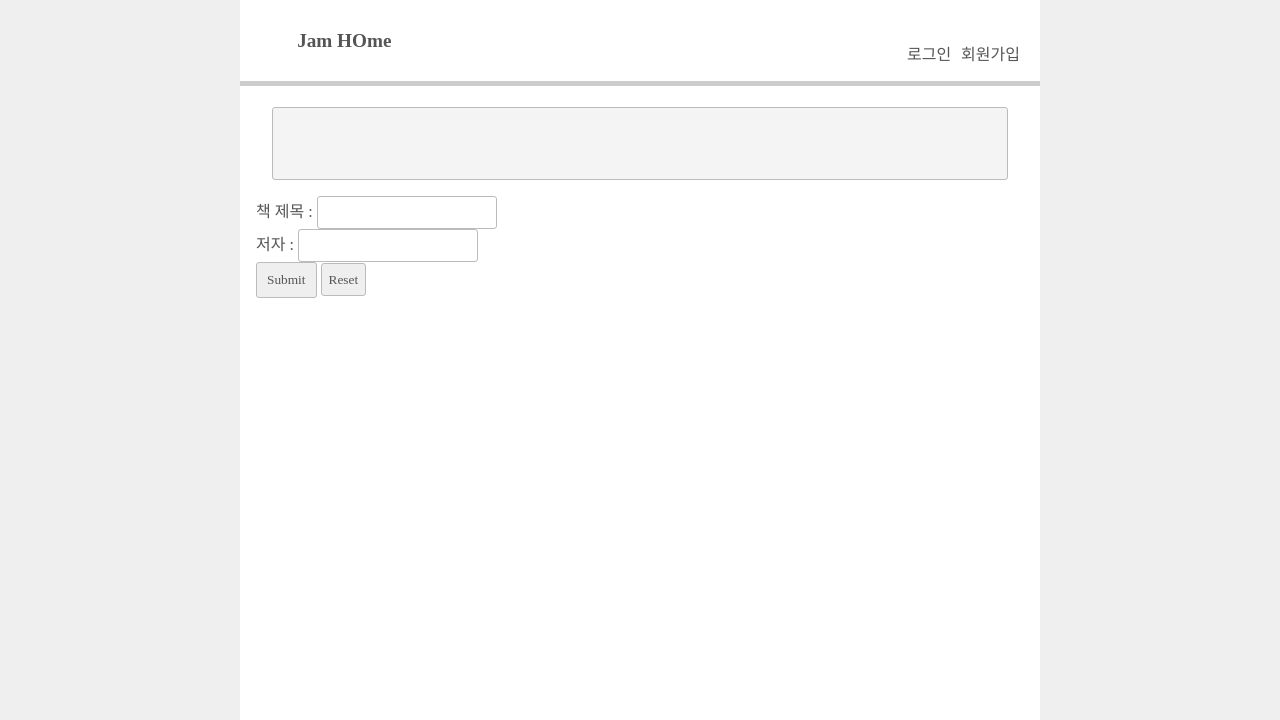
Repository: woals5636/JSPClass
Page: http://localhost/jspPro/days01/ex02.jsp
These files come from the project's save history. The page is drawn as it stood at one moment and after the next save; the edit follows.
The browser window is 1280 px wide. The pictures show the whole page.
Some web fonts or font styles are not loaded; a fallback is used. The page is served by Tomcat 9.

Above is the page before, as saved 2024-10-15 03:29:27.

After the next save:
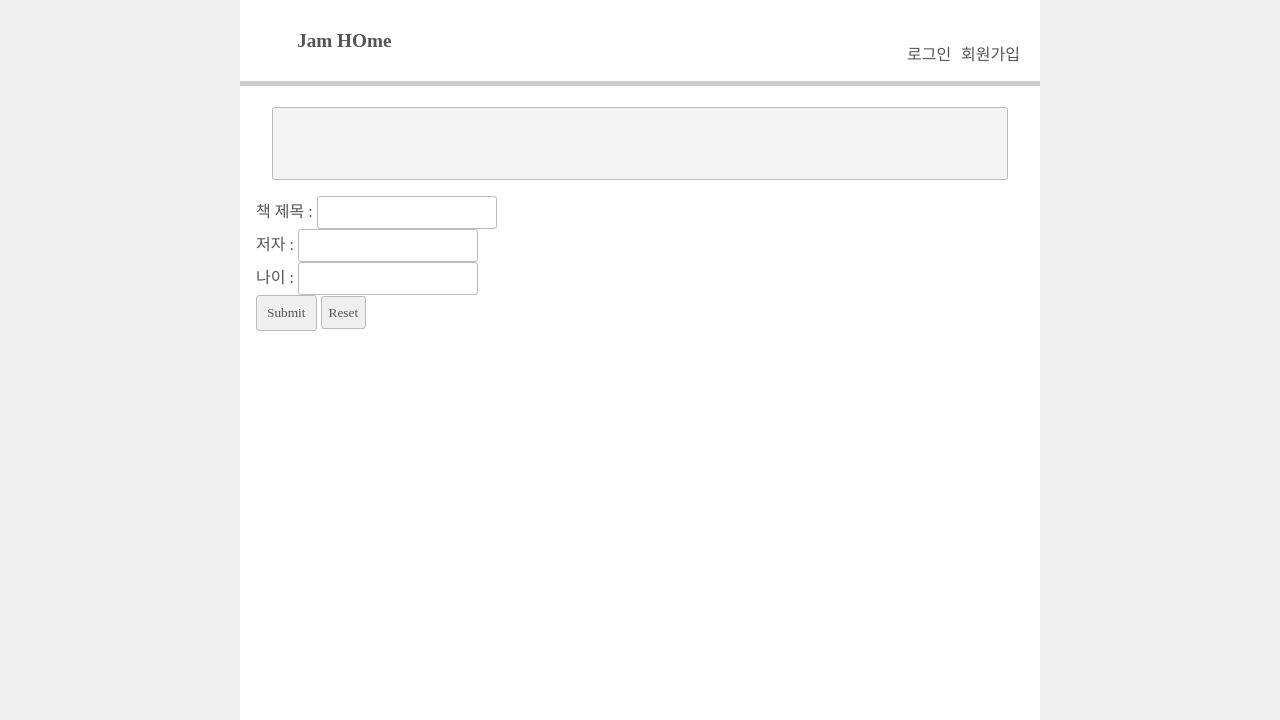
Saved 60 s later.
--- a/jspPro/src/main/webapp/days01/ex02.jsp
+++ b/jspPro/src/main/webapp/days01/ex02.jsp
@@ -31,6 +31,7 @@
   <form action="ex02_ok.jsp">
   	책 제목 : <input type="text" id="title" name="title" autofocus><br>
   	저자 : <input type="text" id="author" name="author" ><br>
+  	나이 : <input type="text" id="age" name="age" ><br>
   	<!-- <button type="button">submit</button> -->
   	<input type="submit">
   	<input type="reset">
